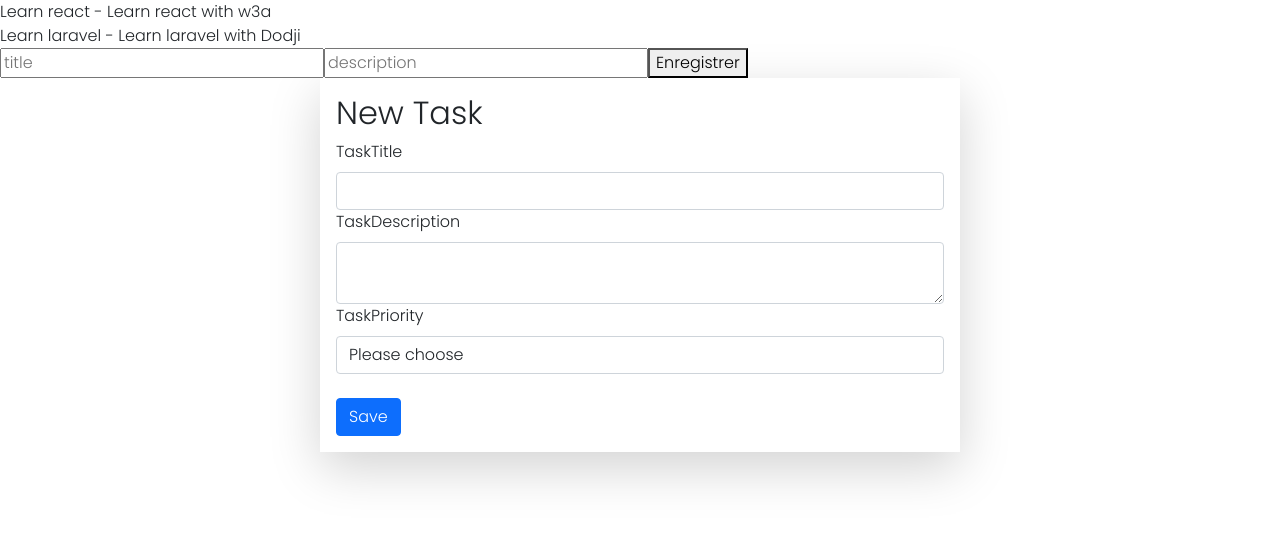
Repository: FS-23/react-task-manager
Page: /
An editor plug-in stored every save of this project. The page is shown before and after the next save, followed by the edit.
The browser window is 1280 px wide. The pictures show the whole page.
The page's requests for data from a server got no answer. The project was rebuilt for these pictures with package versions that can differ from the ones it lists, and the page was loaded fresh each time. No one was signed in, and anything a server would have sent is missing.

Above is the page before, as saved 2022-05-13 14:34:14.

After the next save:
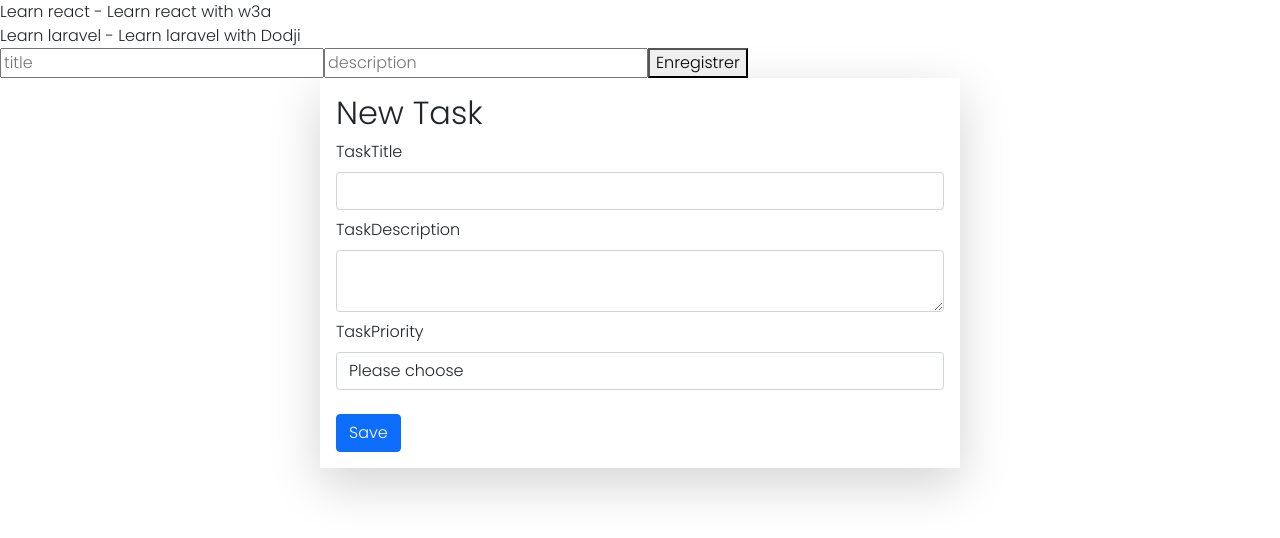
Saved 40 s later.
--- a/src/components/AddTask.js
+++ b/src/components/AddTask.js
@@ -17,18 +17,18 @@ function AddTask(){
             </h2>
             <form onSubmit= {handleOnSubmit} >
 
-               <div className="form-group">
+               <div className="form-group mt-2">
                    <label className="form-label">TaskTitle</label>
                    <input className="form-control" type = "text" name="title" required onChange = {handleOnChange} />
                </div>
 
-               <div className="form-group">
+               <div className="form-group mt-2">
                    <label className="form-label">TaskDescription</label>
                    <textarea className="form-control" type = "text" name="description" required onChange = {handleOnChange}></textarea>
 
                </div>
 
-               <div className="form-group">
+               <div className="form-group mt-2">
                    <label className="form-label">TaskPriority</label>
                    <select className="form-control" name = "priority" required onChange = {handleOnChange}>
                        <option value= "">Please choose</option>
